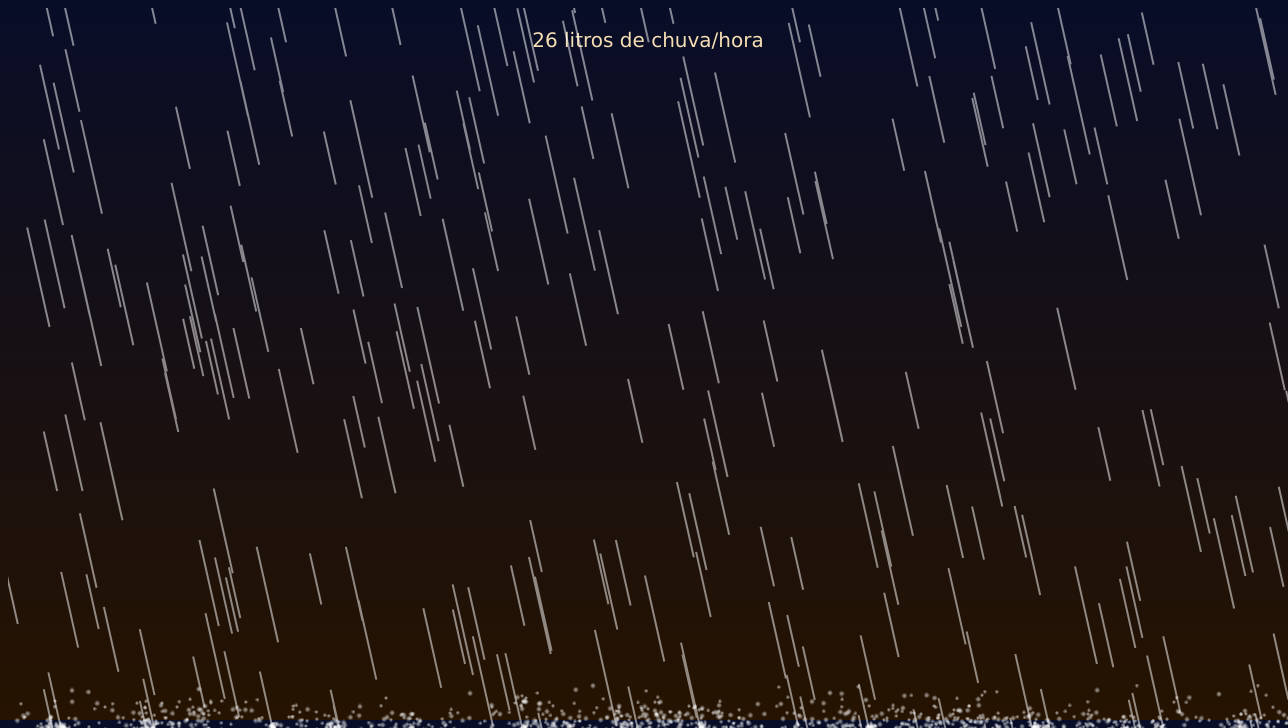
Repository: lucasthaynan/chuvas-estadao
Page: index.html
These files come from the project's save history. The page is drawn as it stood at one moment and after the next save; the edit follows.
The browser window is 1280 px wide. The page is 1288 px wide, so the pictures cover 1288 px, including what lies to the right of the window. The pictures show the whole page.

Above is the page before, as saved 2023-02-23 18:53:13.
Console error: ReferenceError: dat is not defined

After the next save:
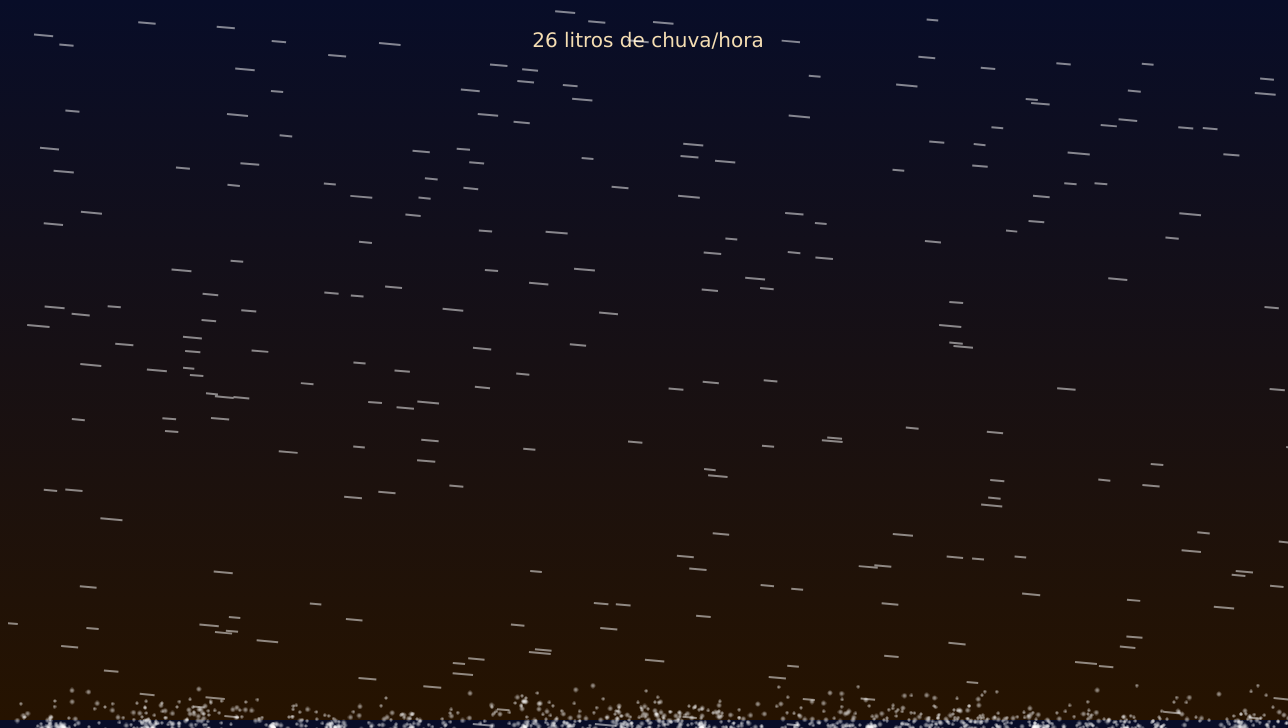
Saved 5 s later.
--- a/main.js
+++ b/main.js
@@ -221,7 +221,7 @@ function Rain() {
 Rain.width = 2;
 
 // TAMANHO DAS GOSTAS DE CHUVA - 40 = PADRAO
-Rain.height = 100;
+Rain.height = 2;
 Rain.prototype.init = function() {
 	this.y = Math.random() * -100;
 
